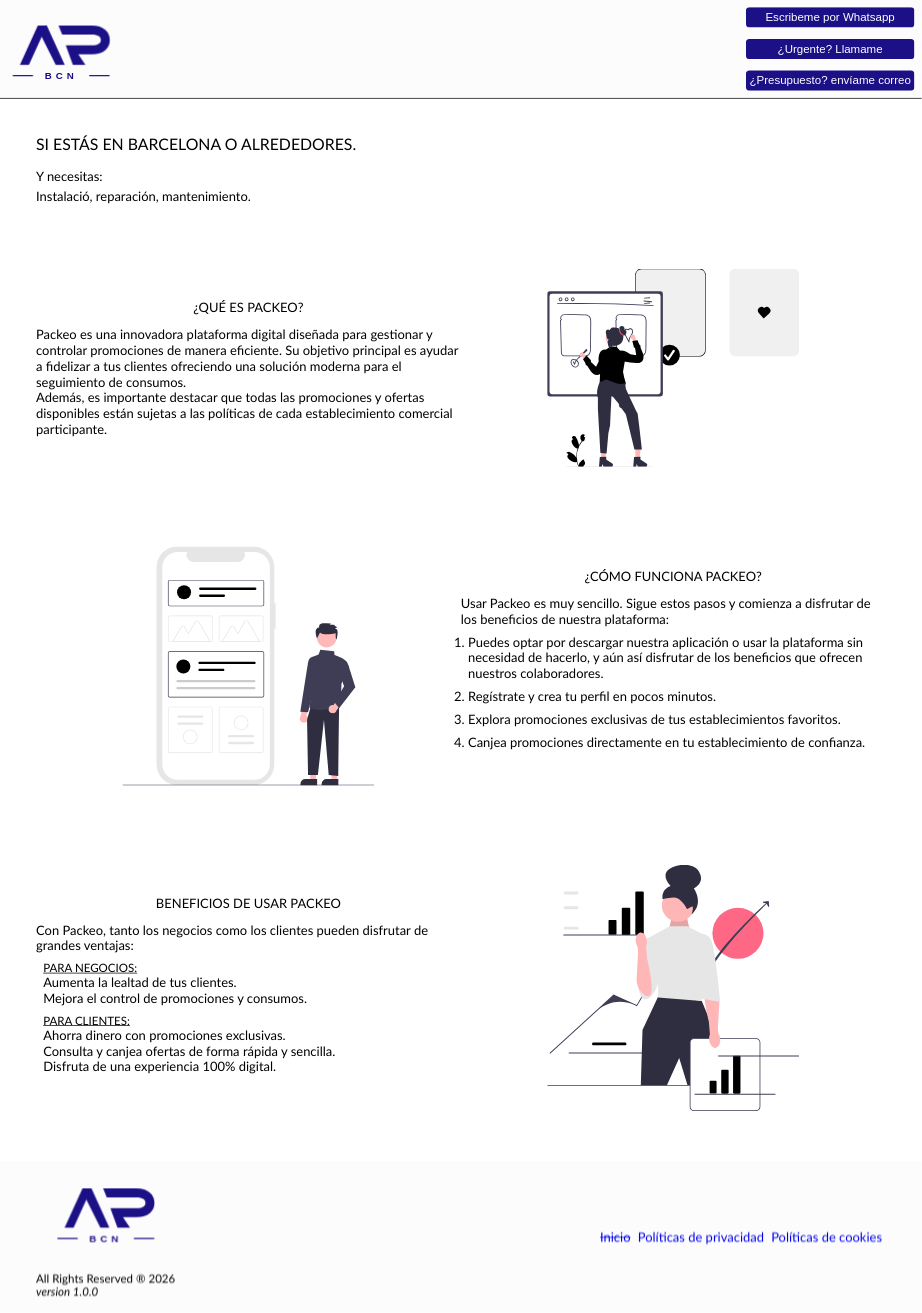
Repository: alupvcbarcelona/alupvcbarcelona-front
Page: /
The author's editor kept a copy of each file at every save. The page is drawn from the files as they stood at one save, then again after the next save.
The browser window is 1280 px wide. The pictures show the whole page, at 72% of full size.
The page's requests for data from a server got no answer. The project was rebuilt for these pictures with package versions that can differ from the ones it lists, and the page was loaded fresh each time. No one was signed in, and anything a server would have sent is missing. Also part of the build but not shown: vite.config.js, src/reducers/partner.reducer/partner.action.js, src/views/Pack/utils/content.js, src/views/Pack/Pack.css, src/views/Pack/Pack.jsx, src/views/404/utils.js, src/views/404/NotFound.css, src/views/404/NotFound.jsx and 6 more.

Above is the page before, as saved 2026-07-24 10:26:02.

### index.html
<!doctype html>
<html lang="en">

<head>
  <meta charset="UTF-8" />
  <link rel="icon" type="image/svg+xml" href="/logo.png" />
  <meta name="viewport" content="width=device-width, initial-scale=1.0 user-scalable=no" />
  <meta name="author" content="AluPVC Barcelona" />
  <title>ALUPVC BCN</title>
</head>

<body>
  <div id="root"></div>
  <script type="module" src="/src/main.jsx"></script>
</body>

</html>

### src/main.jsx
import { StrictMode } from 'react'
import { createRoot } from 'react-dom/client'
import { BrowserRouter } from 'react-router-dom'
import { ReducerProvider } from './context/reducer.context/ReducerContext.jsx'
import { StateProvider } from './context/state.context/StateContext.jsx'
import App from './App.jsx'
import './assets/global/GlobalStyle.css'
import { ScrollProvider } from './context/scroll.context/Scroll.jsx'

createRoot(document.getElementById('root')).render(
  <StrictMode>
    <BrowserRouter>
      <ReducerProvider>
        <StateProvider>
          <ScrollProvider>
            <App />
          </ScrollProvider>
        </StateProvider>
      </ReducerProvider>
    </BrowserRouter>
  </StrictMode>
)

### src/context/reducer.context/ReducerContext.jsx
import { useReducer } from 'react'
import { ReducerContext } from '../createContext'
import {
  stateLoad,
  initStateLoad
} from '../../reducers/loader.reducer/loader.reducer'
import {
  statePartner,
  initStatePartner
} from '../../reducers/partner.reducer/partner.reducer'
import { initStateAuth, stateAuth } from '../../reducers/auth.reducer/auth.reducer'
import { initStatePack, statePacks } from '../../reducers/packs.reducer/pack.reducer'

export const ReducerProvider = ({ children }) => {
  const [load, dispatchLoad] = useReducer(stateLoad, initStateLoad)
  const [partner, dispatchPartner] = useReducer(statePartner, initStatePartner)
  const [auth, dispatchAuth] = useReducer(stateAuth, initStateAuth)
  const [packs, dispatchPack] = useReducer(statePacks, initStatePack)

  return (
    <ReducerContext.Provider value={{ load, dispatchLoad, partner, dispatchPartner, auth, dispatchAuth, packs, dispatchPack }}>
      {children}
    </ReducerContext.Provider>
  )
}

### src/context/scroll.context/Scroll.jsx
import { createContext, useRef } from 'react'
import { ScrollContext } from '../createContext'
import useScrollToRef from '../../hooks/useScrollToRef'

export const ScrollProvider = ({ children }) => {
  const useScroll = useScrollToRef()

  const refTop = useRef(null)
  const refForm = useRef(null)
  const refPack = useRef(null)
  const refPacks = useRef(null)

  return (
    <ScrollContext.Provider
      value={{ useScroll, refTop, refForm, refPack, refPacks }}
    >
      {children}
    </ScrollContext.Provider>
  )
}

### src/context/createContext.jsx
import { createContext } from "react";

export const ReducerContext = createContext()
export const StateContext = createContext()
export const ScrollContext = createContext()

### src/components/ProtectedRoute/ProtectedRoute.jsx
import React, { useContext, useEffect, useState } from 'react'
import { StateContext } from '../../context/createContext'
import { useNavigate } from 'react-router-dom'

const protectedRoute = ({ children, requiresAuth }) => {
  const {
    isAuth: { auth }
  } = useContext(StateContext)

  const navigate = useNavigate()

  useEffect(() => {
    if (requiresAuth && !auth) {
      navigate('/')
    } else if (!requiresAuth && auth) {
      navigate('/perfil')
    }
  }, [auth, navigate, requiresAuth])

  if ((requiresAuth && !auth) || (!requiresAuth && auth)) {
    return null
  }

  return children
}

export default protectedRoute

### src/views/Home/Home.jsx
import React from 'react'
import { home_content, home_description } from './utils/content'
import './Home.css'

const Img = React.lazy(() => import('../../components/Img/Img'))
const Content = React.lazy(() => import('../../components/Content/Content'))

const Home = () => {
  const content = home_content
  const description = home_description

  return (
    <section className='home__content fadeIn'>
      <div>
        <Content element={content} />
      </div>
      <div className='home__section'>
        {description?.body.map((item, index) => (
          <div key={`section-${index}`} className='home__use'>
            <div>
              <h2>{item?.title}</h2>
              {item.article.map((article, articleIndex) => (
                <article key={`article-${articleIndex}`}>
                  <p>{article.paragraph}</p>
                  {article.description_ && (
                    <div className='home__bussiness-type'>
                      {article.description_.map((desc, descIndex) => (
                        <div key={`desc-${descIndex}`}>
                          <h3>{desc.title}</h3>
                          {desc.ul && (
                            <ul>
                              {desc.ul.map((li, liIndex) => (
                                <li key={`desc-li-${liIndex}`}>{li.li}</li>
                              ))}
                            </ul>
                          )}
                        </div>
                      ))}
                    </div>
                  )}
                  {article.ol && (
                    <ol>
                      {article.ol.map((li, olIndex) => (
                        <li key={`ol-li-${olIndex}`}>{li.li}</li>
                      ))}
                    </ol>
                  )}
                </article>
              ))}
            </div>
            <div>
              <Img icon={item.img.img} alt={item.img.alt} w={item.img.width} />
            </div>
          </div>
        ))}
      </div>
    </section>
  )
}

export default Home

### src/layout/Layout.jsx
import React, { useContext, useEffect, useState } from "react";
import { Outlet, useLocation } from "react-router-dom";
import { Helmet, HelmetProvider } from "react-helmet-async";
import { ToastContainer } from "react-toastify";
import useWidth from "../hooks/useWidth";
import "./Layout.css";
import { ScrollContext } from "../context/createContext";

const AluPVCLogo = React.lazy(() => import("../components/Logo/AluPVCLogo"));
const Header = React.lazy(() => import("../components/Header/Header"));
const Footer = React.lazy(() => import("../components/Footer/Footer"));

const Layout = () => {
  const [google, setGoogle] = useState(import.meta.env.VITE_GOOGLE_ADSENSE);
  const { useScroll, refTop } = useContext(ScrollContext);
  const location = useLocation();
  const width = useWidth();
  useEffect(() => {
    useScroll(refTop);
  }, [location]);

  return (
    <>
      <Header />
      <div className="layout__toast">
        <ToastContainer position="bottom-center" hideProgressBar />
      </div>
      <section
        ref={refTop}
        className={`outlet__container ${
          width >= 510 ? "outlet__children" : "outlet__children-mobile"
        }`}
      >
        <Outlet />
      </section>
      <Footer />
    </>
  );
};

export default Layout;

### src/hooks/useScrollToRef.jsx
import { useCallback } from 'react'

const useScrollToRef = () => {
  const scrollToRef = useCallback((ref, h=0) => {
    if (ref.current) {
      ref.current.scrollIntoView({ behavior: 'smooth', block: 'start' })
      setTimeout(() => {
        const scrollY = window.scrollY || document.documentElement.scrollTop
        window.scrollTo({
          top: h,
          behavior: 'smooth',
        })
      }, 0)

    }
  }, [])

  return scrollToRef
}

export default useScrollToRef

### src/views/Home/utils/content.js
import img_1 from "/il-1.svg";
import img_2 from "/il-2.svg";
import img_3 from "/il-3.svg";

export const home_content = {
  body: {
    title: "Si estás en Barcelona o alrededores.",
    description: "Y necesitas:",
    description_:
      "Instalació, reparación, mantenimiento.",
    helmet: {
      title: "Instalación de persianas, cortinas y estores en Barcelona | AluPVC Barcelona",
      description: {
        name: "description",
        content:
          "Instalamos todo tipo de persianas, cortinas y estores en Barcelona y alrededores. Contamos con un equipo de profesionales altamente capacitados para ofrecerte un servicio de calidad y garantizar tu satisfacción.",
      },
      keywords: {
        name: "keywords",
        content:
          "fTodo lo relacionado con persianas, cortinas y estores, instalación de persianas, reparación de persianas, mantenimiento de persianas, instalación de cortinas, reparación de cortinas, mantenimiento de cortinas, instalación de estores, reparación de estores, mantenimiento de estores",
      },
    },
  },
};

export const home_description = {
  body: [
    {
      title: "¿Qué es Packeo?",
      article: [
        {
          paragraph:
            "Packeo es una innovadora plataforma digital diseñada para gestionar y controlar promociones de manera eficiente. Su objetivo principal es ayudar a fidelizar a tus clientes ofreciendo una solución moderna para el seguimiento de consumos.",
        },
        {
          paragraph:
            "Además, es importante destacar que todas las promociones y ofertas disponibles están sujetas a las políticas de cada establecimiento comercial participante.",
        },
      ],
      img: {
        img: img_2,
        alt: "¿Qué es Packeo?",
        width: 350,
      },
    },
    {
      title: "¿Cómo funciona Packeo?",
      article: [
        {
          paragraph:
            "Usar Packeo es muy sencillo. Sigue estos pasos y comienza a disfrutar de los beneficios de nuestra plataforma:",
          ol: [
            {
              li: "Puedes optar por descargar nuestra aplicación o usar la plataforma sin necesidad de hacerlo, y aún así disfrutar de los beneficios que ofrecen nuestros colaboradores.",
            },
            { li: "Regístrate y crea tu perfil en pocos minutos." },
            {
              li: "Explora promociones exclusivas de tus establecimientos favoritos.",
            },
            {
              li: "Canjea promociones directamente en tu establecimiento de confianza.",
            },
          ],
        },
      ],
      img: {
        img: img_1,
        alt: "¿Cómo funciona Packeo?",
        width: 350,
      },
    },
    {
      title: "Beneficios de usar Packeo",
      article: [
        {
          paragraph:
            "Con Packeo, tanto los negocios como los clientes pueden disfrutar de grandes ventajas:",
          description_: [
            {
              title: "Para negocios:",
              ul: [
                { li: "Aumenta la lealtad de tus clientes." },
                { li: "Mejora el control de promociones y consumos." },
              ],
            },
            {
              title: "Para clientes:",
              ul: [
                { li: "Ahorra dinero con promociones exclusivas." },
                {
                  li: "Consulta y canjea ofertas de forma rápida y sencilla.",
                },
                { li: "Disfruta de una experiencia 100% digital." },
              ],
            },
          ],
        },
      ],
      img: {
        img: img_3,
        alt: "Beneficios de usar Packeo",
        width: 350,
      },
    },
  ],
};

### src/views/Home/Home.css
.home__content {
  padding: 50px;
}

.home__content-title {
  margin: 40px 0;
  text-align: center;
}

.home__container-card {
  display: flex;
  gap: 20px;
  flex-wrap: wrap;
  justify-content: center;
}

.home__section {
  display: flex;
  flex-direction: column;
  gap: 70px;
}

.home__use {
  width: 100%;
  display: flex;
  flex-wrap: wrap;
  justify-content: center;
  align-items: center;
}
.home__use > div {
  width: 50%;
}

.home__use > div > article > div {
  margin-bottom: 10px;
}

.home__section h2 {
  font-size: 18px;
  margin-bottom: 15px;
  text-align: center;
}

.home__section img {
  display: block;
  margin: 20px auto;
  max-width: 100%;
  height: auto;
}

.home__section ol {
  padding: 10px;
}

.home__section ol li {
  margin-bottom: 10px;
}

.home__benefits {
  display: flex;
  flex-direction: column;
  gap: 20px;
}

.home__bussiness-type {
  margin: 10px 0 0 10px;
}

.home__bussiness-type > div > h3 {
  margin-top: 10px;
  text-decoration: underline;
  font-size: 16px;
}

.home__benefits ul {
  list-style: disc;
  margin-left: 20px;
}

.home__benefits ul li {
  margin-bottom: 8px;
}

@media (min-width: 663px) {
  .home__use:nth-child(2) {
    flex-direction:row-reverse;
  }
}

@media (max-width: 662px) {
  .home__content {
    padding: 50px 20px 40px 20px;
  }
  .home__use {
    flex-wrap: nowrap;
    flex-direction: column;
    gap: 50px;
  }
  .home__use > div {
    width: 100%;
  }
}

### src/components/Img/Img.jsx
import './Img.css'

const Img = ({
  icon,
  w = 20,
  h = w,
  p = '0px',
  alt,
  title = null,
  action = () => {}
}) => {
  return (
    <img
      className='svg__icon'
      src={icon}
      width={w}
      height={h}
      style={{ padding: p }}
      alt={alt}
      title={title}
      onClick={action}
      loading='lazy'
    />
  )
}

export default Img

### src/hooks/useWidth.jsx
import { useEffect, useState } from 'react'

const useWidth = () => {
  const [width, setWidth] = useState(window.innerWidth);
  useEffect(() => {
    const handleResize = () => {
      setWidth(window.innerWidth);
    };

    window.addEventListener('resize', handleResize);

    return () => {
      window.removeEventListener('resize', handleResize);
    };
  }, []);
  return width;
}

export default useWidth

### src/layout/Layout.css
.outlet__container {
  min-height:50svh;
}

### src/components/Header/Header.jsx
import React, { useContext } from "react";
import { NavLink, useNavigate, useLocation } from "react-router-dom";
import useWidth from "../../hooks/useWidth";
import { ReducerContext, StateContext } from "../../context/createContext";
import { optionsNavigate, optionsNavigateMobile } from "./utils/content";
import { handleGoHome } from "./utils/functions";
import Img from "../Img/Img";
import "./Header.css";
import menu from "/menu.svg";
import login from "/login.svg";
import AluPVCLogo from "../Logo/AluPVCLogo";
import { handleCallPhone, handleEmail, handleWhatsapp } from "../Footer/utils";
const Button = React.lazy(() => import("../Button/Button"));

const Header = () => {
  const width = useWidth();
  const navigate = useNavigate();
  const location = useLocation();
  const {
    isAuth: { auth },
    showMenu,
    handleShowMenu,
    handleCloseSesion,
  } = useContext(StateContext);
  const {
    auth: { user },
  } = useContext(ReducerContext);

  const navbar = optionsNavigate(user, auth);
  const navbarMobile = optionsNavigateMobile(user, auth);

  return (
    <header className="header__container filter">
      <div className="header__content-logo">
        <AluPVCLogo />
      </div>
      <div className="header__content-action">
        <Button
          ariaLabel="Whatsapp"
          p="5px"
          br="5px"
          children="Escribeme por Whatsapp"
          onClick={handleWhatsapp}
        />
        <Button
          ariaLabel="Teléfono"
          p="5px"
          br="5px"
          children="¿Urgente? Llamame"
          onClick={handleCallPhone}
        />
        <Button
          ariaLabel="Email"
          p="5px"
          br="5px"
          children="¿Presupuesto? envíame correo"
          onClick={handleEmail}
        />
      </div>
    </header>
  );
};

export default Header;

### src/components/Footer/Footer.jsx
import React from "react";
import packageJson from "../../../package.json";
import {
  year,
  LINKS_FOOTER,
  handleEmail,
  handleWhatsapp,
  handleCallPhone,
} from "./utils";
import AluPVCLogo from "../Logo/AluPVCLogo";
import Button from "../Button/Button";

import "./Footer.css";
import { NavLink } from "react-router-dom";

const Footer = () => {
  return (
    <footer>
      <div className="footer__container filter">
        <div className="footer_content-logo">
          <AluPVCLogo />
          <div className="footer_content-version">
            <span>All Rights Reserved &#174;​ {year()}</span>
            <i>version {packageJson.version}</i>
          </div>
        </div>
        <div className="footer_content-action">
          <div className="footer_content-links">
            {LINKS_FOOTER?.map((path, index) => (
              <NavLink
                to={path.path}
                key={index}
                className={({ isActive }) =>
                  `${isActive ? "header__link-active" : ""}`
                }
              >
                {path.text}
              </NavLink>
            ))}
          </div>
          {/* <Button
            ariaLabel="Whatsapp"
            p="5px"
            br="5px"
            children="Escribeme por Whatsapp"
            onClick={handleWhatsapp}
          />
          <Button
            ariaLabel="Teléfono"
            p="5px"
            br="5px"
            children="¿Urgente? Llamame"
            onClick={handleCallPhone}
          />
          <Button
            ariaLabel="Email"
            p="5px"
            br="5px"
            children="¿Presupuesto? envíame correo"
            onClick={handleEmail}
          /> */}
        </div>
      </div>
    </footer>
  );
};

export default Footer;

### src/components/Button/Button.jsx
import "./Button.css";

const Button = ({
  children,
  icon,
  ariaLabel,
  bgColor = "var(--p-bg-secondary)",
  textColor = "var(--p-text-primary_2)",
  p,
  br,
  w = "auto",
  h = "auto",
  type = "button",
  onClick,
  className = "",
  style = {},
  ...props
}) => {
  return (
    <button
      type={type}
      onClick={onClick}
      aria-label={ariaLabel}
      className={`button ${className}`}
      style={{
        backgroundColor: bgColor,
        color: textColor,
        padding: p,
        borderRadius: br,
        width: w,
        height: h,
        ...style,
      }}
      {...props}
    >
      {icon && <span className="button__icon">{icon}</span>}

      {children && <span className="button__text">{children}</span>}
    </button>
  );
};

export default Button;

### src/components/Img/Img.css
.svg__icon {
  transition: all 0.1s ease-in;
  cursor:pointer;
}

.svg__icon:hover{
  transform: scale(1.1);
}

### src/components/Content/Content.css
.content__container {
  width: 100%;
  display: flex;
  flex-direction: column;
  gap: 20px;
  margin-bottom: 30px;
  transition: all 0.3s ease-in-out;
}

.content__content-information {
  display: flex;
  justify-content: start;
  align-items: center;
  gap: 10px;
}

.content__content-contact {
  display: flex;
  flex-direction: column;
  gap: 5px;
}

.content__links {
  display: flex;
  flex-wrap: wrap;
  align-items: center;
}

.content__content-location {
  display: flex;
  gap: 5px;
  align-items: center;
}

.content__content-location > span {
  background-color: var(--p-bg-black);
  color: var(--p-text-tertiary);
  padding: 0 5px;
  border-radius: 5px;
}

### src/components/Footer/Footer.css
.footer__container {
  width: 100%;
  padding: 20px 50px;
  display: flex;
  justify-content: space-between;
  gap: 50px;
  bottom: 0;
}

.footer_content-logo {
  display: flex;
  flex-wrap: wrap;
  justify-content: space-between;
  flex-direction: column;
  gap: 2rem;
}

.footer_content-version {
  display: flex;
  flex-direction: column;
  justify-content: end;
}

.footer_content-action {
  display: flex;
  justify-content: center;
  flex-direction: column;
  gap: 1rem;
}

@media (max-width: 509px) {
  .footer__container {
    flex-direction: column-reverse;
    padding: 20px;
  }
}

Loaded but not shown: package.json (35 lines, source omitted); src/components/Header/utils/content.js (167 lines, source omitted); src/components/Footer/utils.js (102 lines, source omitted); src/reducers/packs.reducer/pack.reducer.js (24 lines, source omitted); src/services/fetch.js (23 lines, source omitted); src/reducers/partner.reducer/partner.reducer.js (18 lines, source omitted); src/reducers/loader.reducer/loader.reducer.js (15 lines, source omitted); src/reducers/auth.reducer/auth.reducer.js (12 lines, source omitted); src/components/Header/utils/functions.js (3 lines, source omitted); src/context/state.context/StateContext.jsx (158 lines, source omitted); src/components/Content/Content.jsx (112 lines, source omitted); src/App.jsx (54 lines, source omitted); src/assets/global/GlobalStyle.css (198 lines, source omitted); src/components/Header/Header.css (152 lines, source omitted); src/components/Logo/AluPVCLogo.css (151 lines, source omitted); src/components/Logo/AluPVCLogo.jsx (92 lines, source omitted); src/components/Button/Button.css (no stored copy; drawn as an empty file)

After the next save:
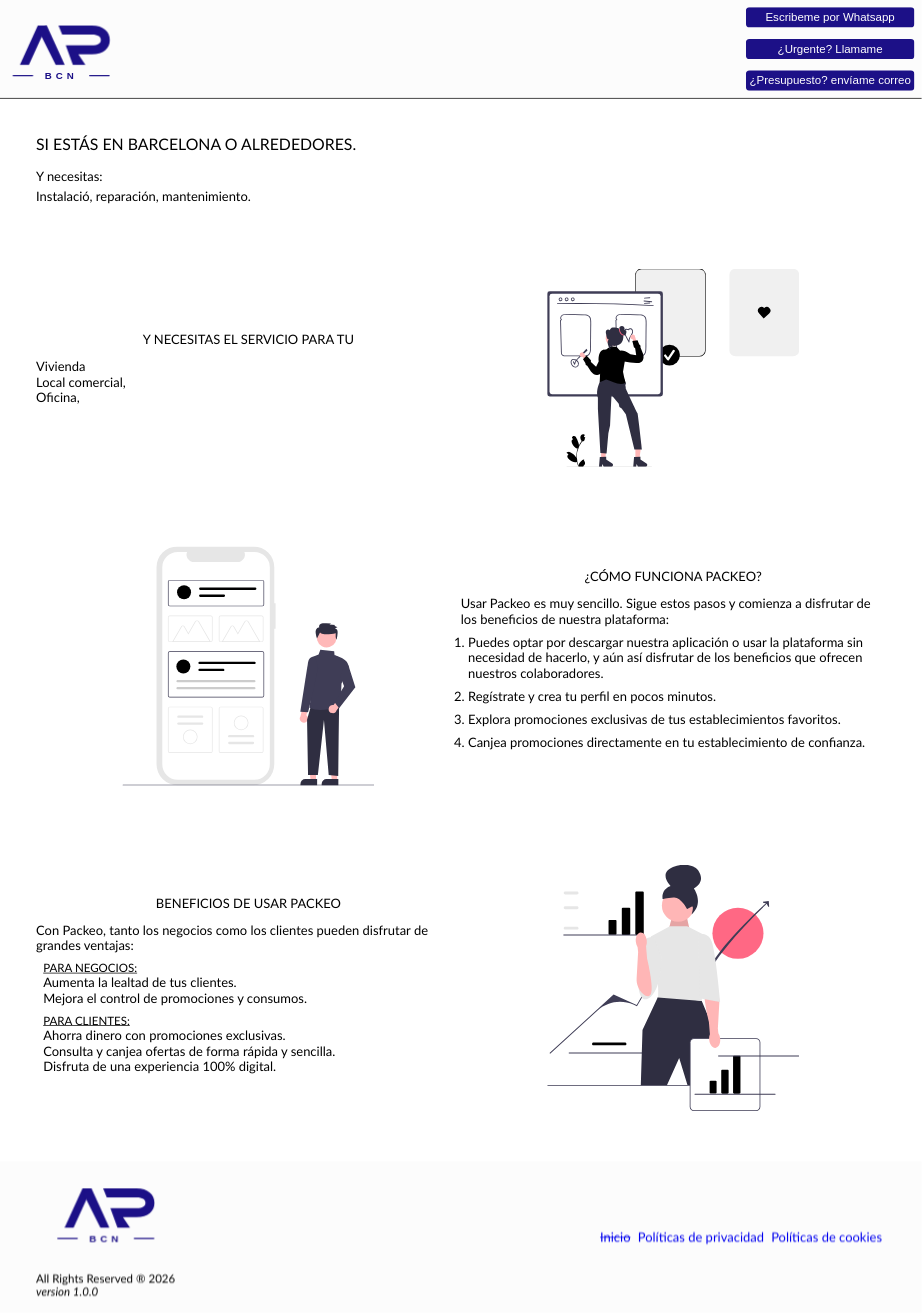
Saved 101 s later.
--- a/src/views/Home/utils/content.js
+++ b/src/views/Home/utils/content.js
@@ -27,15 +27,19 @@
 export const home_description = {
   body: [
     {
-      title: "¿Qué es Packeo?",
+      title: "Y necesitas el servicio para tu",
       article: [
         {
           paragraph:
-            "Packeo es una innovadora plataforma digital diseñada para gestionar y controlar promociones de manera eficiente. Su objetivo principal es ayudar a fidelizar a tus clientes ofreciendo una solución moderna para el seguimiento de consumos.",
+            "Vivienda",
         },
         {
           paragraph:
-            "Además, es importante destacar que todas las promociones y ofertas disponibles están sujetas a las políticas de cada establecimiento comercial participante.",
+            "Local comercial,",
+        },
+        {
+          paragraph:
+            "Oficina,",
         },
       ],
       img: {
